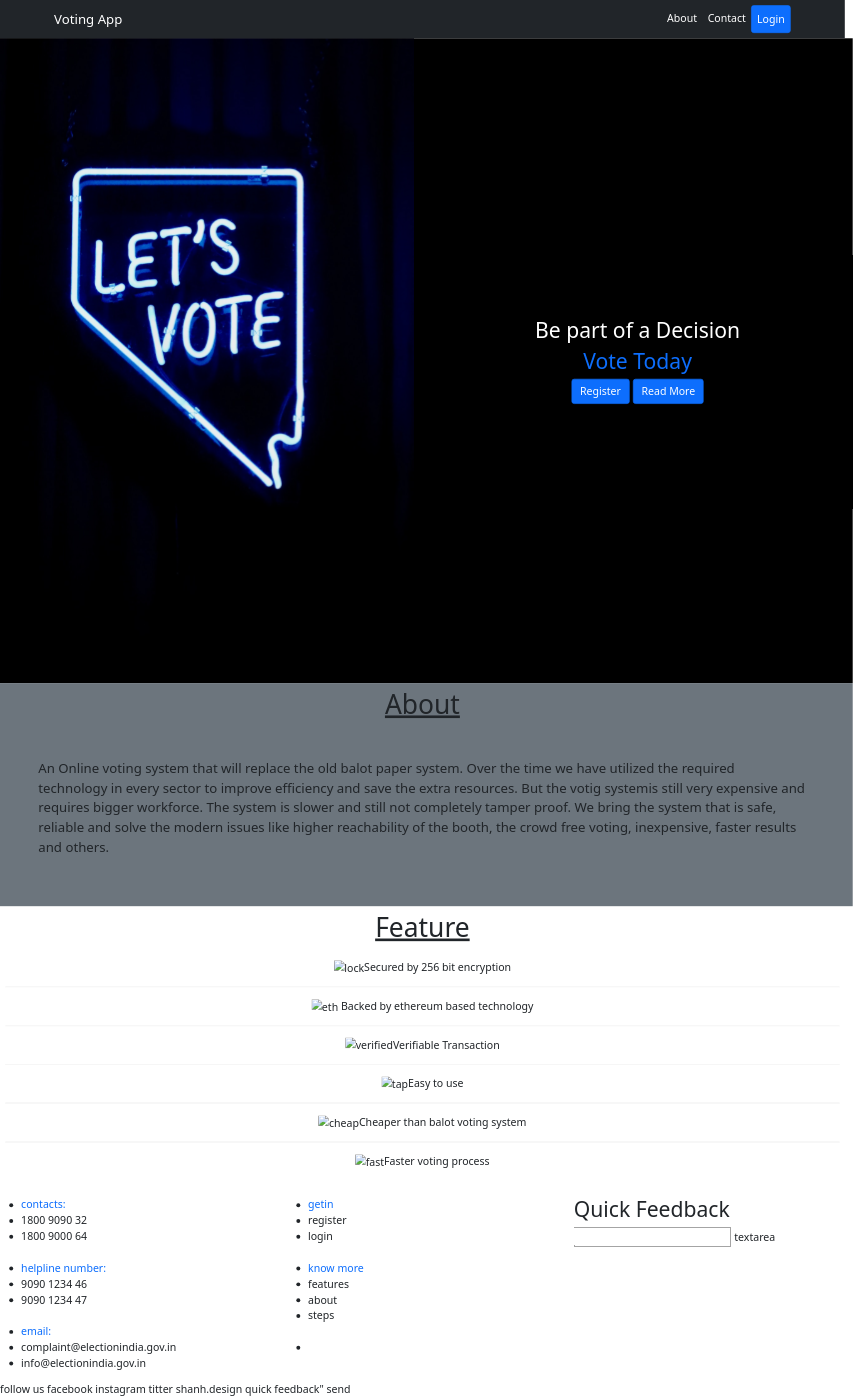
Repository: DavidManiIbrahim/Voting-app
Page: index.html
The author's editor kept a copy of each file at every save. The page is drawn from the files as they stood at one save, then again after the next save.
The browser window is 1280 px wide. The page is 1292 px wide, so the pictures cover 1292 px, including what lies to the right of the window. The pictures show the whole page, at 66% of full size.

Above is the page before, as saved 2025-01-19 16:30:43.

### index.html
<!DOCTYPE html>
<html lang="en">
  <head>
    <meta charset="UTF-8" />
    <meta name="viewport" content="width=device-width, initial-scale=1.0" />
    <title>Voting app</title>
    <link rel="stylesheet" href="./bootstrap.css" />
    <link rel="stylesheet" href="./styles.css" />
  </head>
  <body>
    <!-- NavBar -->

    <nav class="navbar navbar-expand-lg bg-dark text-white">
      <div class="container">
        <a href="#" class="navbar-brand text-white">Voting App</a>

        <button
          class="navbar-toggler"
          data-bs-target="#navmenu"
          data-bs-toggle="collapse"
        >
          <span class="navbar-toggler-icon bg-primary"></span>
        </button>
        <div class="collapse navbar-collapse" id="navmenu">
          <ul class="navbar-nav ms-auto text-center">
            <li class="nav-link text-white">About</li>
            <li class="nav-link text-white">Contact</li>
            <a href="./Login.html" class="nav-link btn btn-primary text-white"
              >Login</a
            >
          </ul>
        </div>
      </div>
    </nav>

    <!-- Hero Section -->

    <div class="row h-50 curtain">
      <div class="col-md">
        <img
          src="./unsplash_LA1VawaCjjI.svg"
          class="img-fluid"
          alt=""
          class="img-fluid"
        />
      </div>
      <div class="col-md m-auto">
        <div
          class="container-fluid text-center lead m-auto text-white"
          id="content"
        >
          <h2>Be part of a Decision</h2>
          <h2 class="text-primary">Vote Today</h2>
          <div class="">
            <button class="btn btn-primary">Register</button>
            <button class="btn btn-primary">Read More</button>
          </div>
        </div>
      </div>
    </div>

    <!-- About Section -->

    <div class="row p-2 about d-sm-inline-flex bg-secondary about">
      <div class="text-center box">
        <h1 class="text-decoration-underline">About</h1>
      </div>
      <div class="text">
        <p class="lead">
          An Online voting system that will replace the old balot paper system.
          Over the time we have utilized the required technology in every sector
          to improve efficiency and save the extra resources. But the votig
          systemis still very expensive and requires bigger workforce. The
          system is slower and still not completely tamper proof. We bring the
          system that is safe, reliable and solve the modern issues like higher
          reachability of the booth, the crowd free voting, inexpensive, faster
          results and others.
        </p>
        <!-- <p class="wrap">Lorem ipsum dolor sit amet consectetur adipisicing elit. Doloribus asperiores quaerat quam blanditiis et error quia dolore temporibus accusantium adipisci deleniti, corrupti distinctio sapiente explicabo tempora atque perspiciatis obcaecati molestiae?</p> -->
        <!-- <p class="wrap">Lorem ipsum dolor sit amet consectetur adipisicing elit. Doloribus asperiores quaerat quam blanditiis et error quia dolore temporibus accusantium adipisci deleniti, corrupti distinctio sapiente explicabo tempora atque perspiciatis obcaecati molestiae?</p> -->
        <!-- <p class="wrap">Lorem ipsum dolor sit amet consectetur adipisicing elit. Doloribus asperiores quaerat quam blanditiis et error quia dolore temporibus accusantium adipisci deleniti, corrupti distinctio sapiente explicabo tempora atque perspiciatis obcaecati molestiae?</p> -->
        <!-- <p class="wrap">Lorem ipsum dolor sit amet consectetur adipisicing elit. Doloribus asperiores quaerat quam blanditiis et error quia dolore temporibus accusantium adipisci deleniti, corrupti distinctio sapiente explicabo tempora atque perspiciatis obcaecati molestiae?</p> -->
      </div>
    </div>

    <!-- feature section -->

    <div class="row p-2 about">
      <div class="text-center box">
        <h1 class="text-decoration-underline">Feature</h1>
      </div>
      <div class="text text-center">
        <ul class="list-unstyled list-group-flush">
          <li class="list-group-item p-3 gap-2">
            <img src="./" alt="lock" />Secured by 256 bit encryption
          </li>
          <li class="list-group-item p-3 gap-2">
            <img src="./" alt="eth" /> Backed by ethereum based technology
          </li>
          <li class="list-group-item p-3 gap-2">
            <img src="./" alt="verified" />Verifiable Transaction
          </li>
          <li class="list-group-item p-3 gap-2">
            <img src="./" alt="tap" />Easy to use
          </li>
          <li class="list-group-item p-3 gap-2">
            <img src="./" alt="cheap" />Cheaper than balot voting system
          </li>
          <li class="list-group-item p-3 gap-2">
            <img src="./" alt="fast" />Faster voting process
          </li>
        </ul>
      </div>
    </div>

    <!-- footer -->

    <footer class="row">
      <div class="contact col-md">
        <ul>
          <li>
            <span class="text-primary">contacts:</span>
          </li>
          <li>1800 9090 32</li>
          <li>1800 9000 64</li>
          <br />
          <li>
            <span class="text-primary">helpline number:</span>
          </li>
          <li>9090 1234 46</li>
          <li>9090 1234 47</li>
          <br />
          <li>
            <span class="text-primary">email:</span>
          </li>
          <li>complaint@electionindia.gov.in</li>
          <li>info@electionindia.gov.in</li>
        </ul>
      </div>
      <div class="join col-md">
        <ul>
          <li>
            <span class="text-primary"> getin</span>
          </li>
          <li>register</li>
          <li>login</li>
          <br />
          <li>
            <span class="text-primary">know more </span>
          </li>

          <li>features</li>
          <li>about</li>
          <li>steps</li>
          <br />
          <li>
            <span class="text-primary"></span>
          </li>
        </ul>
      </div>
      <div class="newsletter col-md">
        <h2>Quick Feedback</h2>
        <input type="text">
        textarea
      </div>
    </footer>

    follow us facebook instagram titter shanh.design quick feedback" send

    <script src="./bootstrap.min.js"></script>
  </body>
</html>

### styles.css
.lead,#content{
    /* height:50vh; */
    /* border:1px solid; */
    padding: 50px;
}

.curtain{
    background-color: #000;
}

.rotate{
    margin: 10px auto;
}

.about{
    /* border:1px solid red; */
    position:relative;
}

.box{
    /* width:50%;
    rotate:270deg;
    padding:50px;
    border:1px solid yellow;
    height:200px; */
}

.wrap{
    width:50vw;
    padding: 40px;
    /* border:1px solid; */
}

.text{
    /* border:1px solid blue; */
}








div
.feature {
    text-decoration:none;
    writing-mode:vertical-rl;

}

Loaded but not shown: bootstrap.css (library); bootstrap.min.js (library)

After the next save:
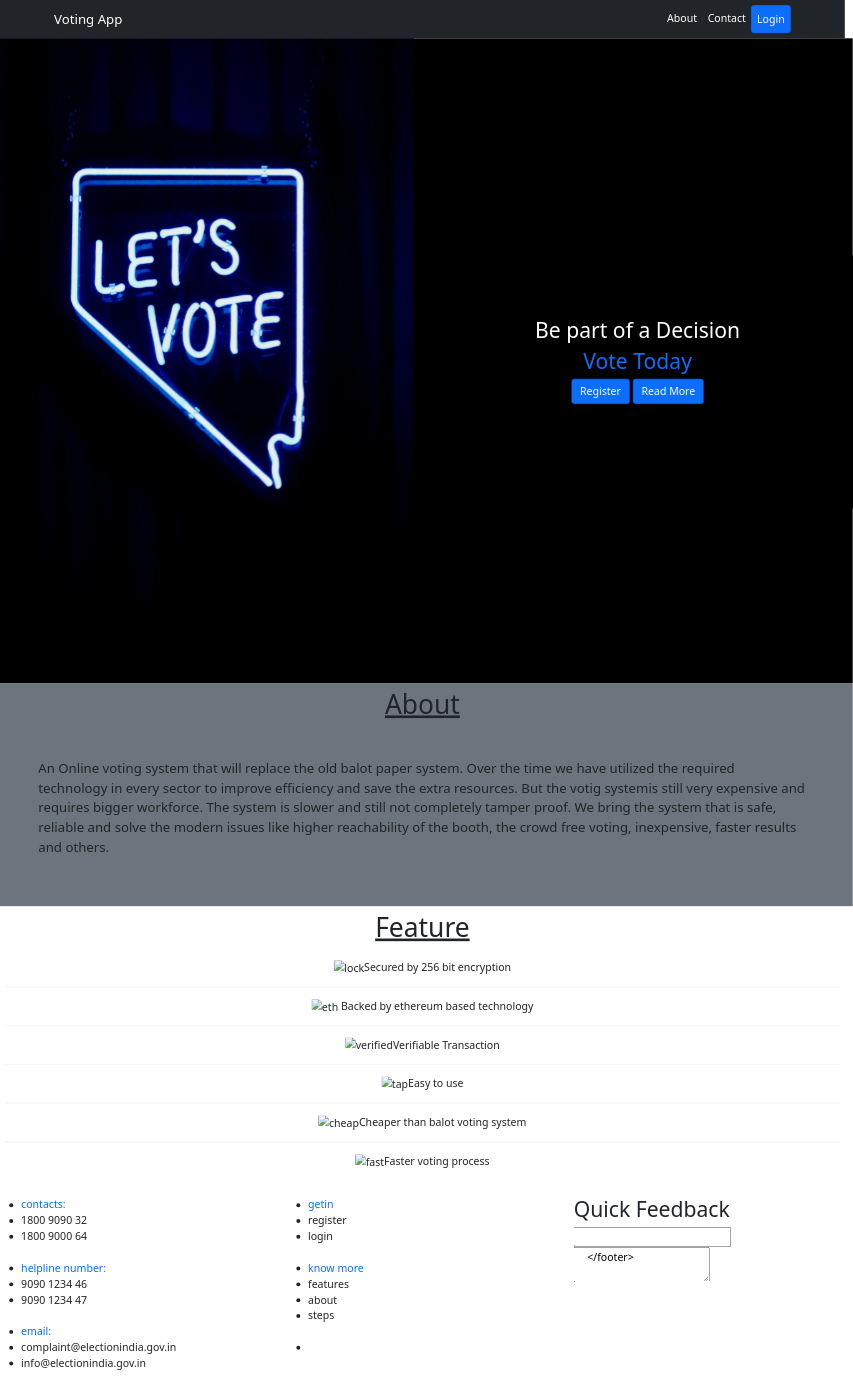
Saved 7 s later.
--- a/index.html
+++ b/index.html
@@ -161,7 +161,7 @@
       <div class="newsletter col-md">
         <h2>Quick Feedback</h2>
         <input type="text">
-        textarea
+        <textarea
       </div>
     </footer>
 
